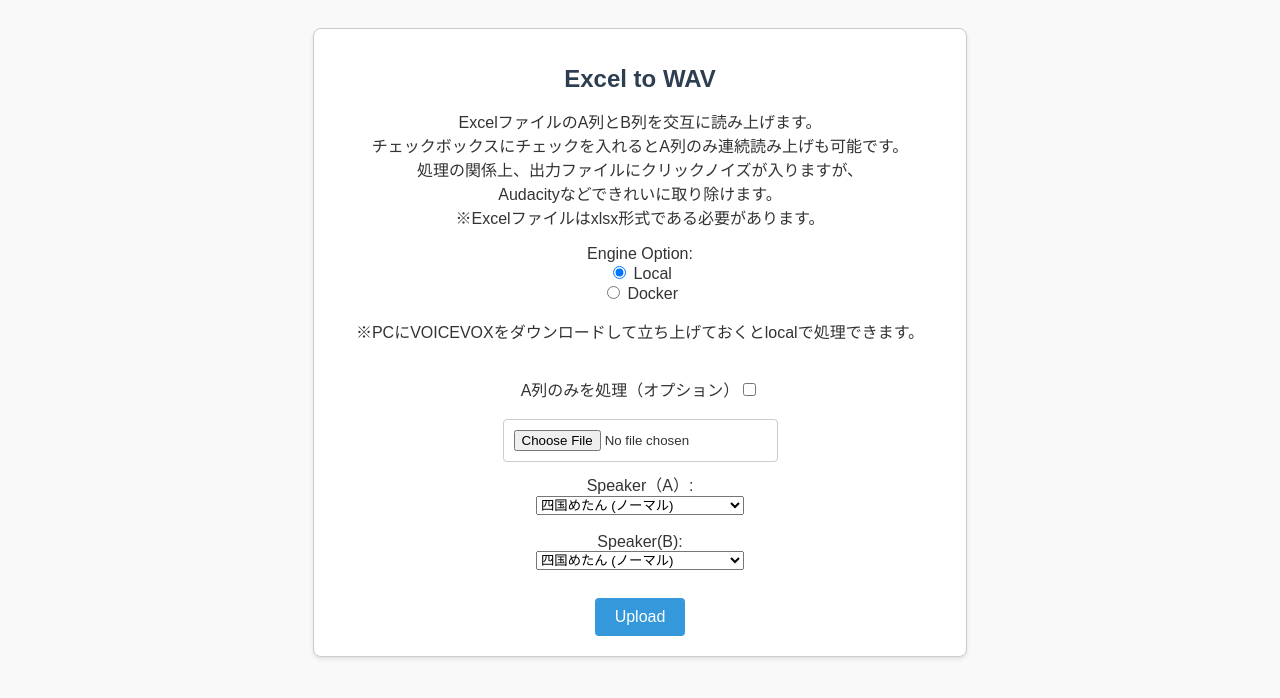
Repository: limonene213u/Excel-to-VOICE
Page: http://localhost/
The author's editor kept a copy of each file at every save. The page is drawn from the files as they stood at one save, then again after the next save.
The browser window is 1280 px wide. The pictures show the whole page.
The page is served by the project's application, run on Flask 3 (volume/app.py).

Above is the page before, as saved 2023-10-11 10:55:49.

After the next save:
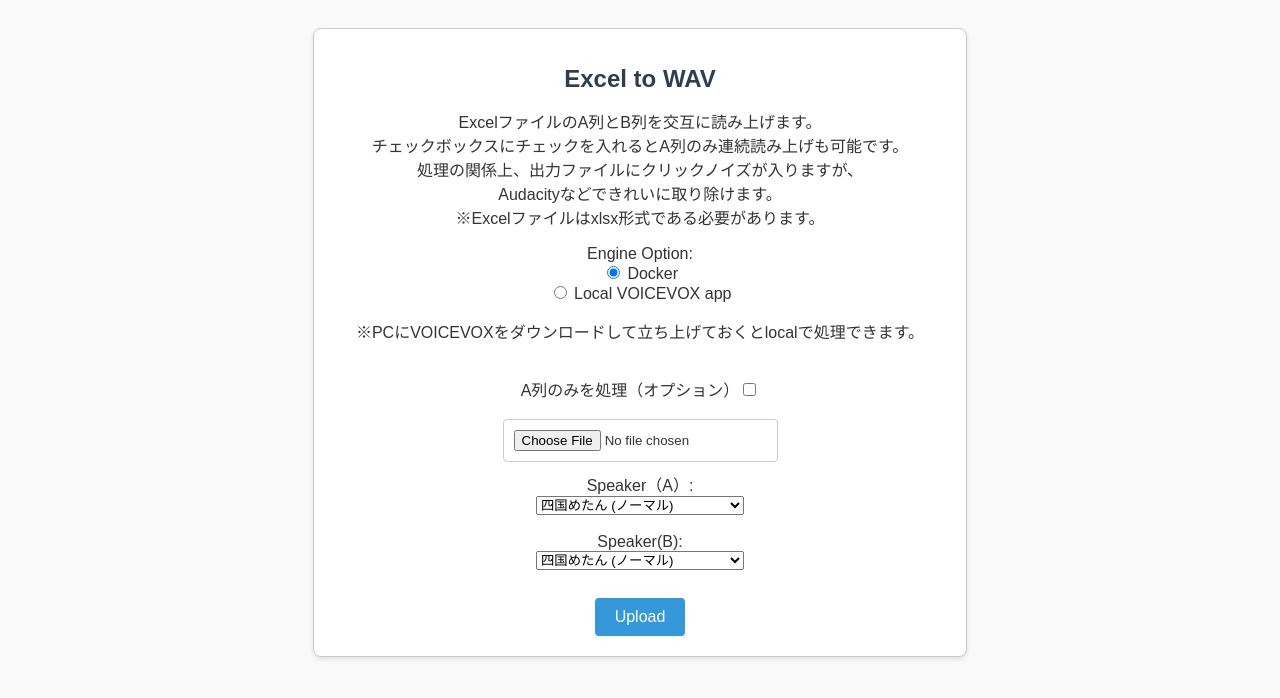
Saved 5 min 40 s later.
--- a/volume/templates/index.html
+++ b/volume/templates/index.html
@@ -57,10 +57,10 @@
         ※Excelファイルはxlsx形式である必要があります。</p>
     <form action="/upload" method="post" enctype="multipart/form-data">
         <label for="engine-option">Engine Option:</label><br>
-        <input type="radio" id="local-engine" name="engine-option" value="local" checked>
-        <label for="local-engine">Local</label><br>
-        <input type="radio" id="docker-engine" name="engine-option" value="docker">
+        <input type="radio" id="docker-engine" name="engine-option" value="docker" checked>
         <label for="docker-engine">Docker</label><br>
+        <input type="radio" id="local-engine" name="engine-option" value="local">
+        <label for="local-engine">Local VOICEVOX app</label><br>
         <p style="text-align: center;">※PCにVOICEVOXをダウンロードして立ち上げておくとlocalで処理できます。</p><br>
         <label for="single_column">A列のみを処理（オプション）</label><input type="checkbox" name="single_column" id="single_column"><br><br>
         <input type="file" name="file" accept=".xlsx" required>
